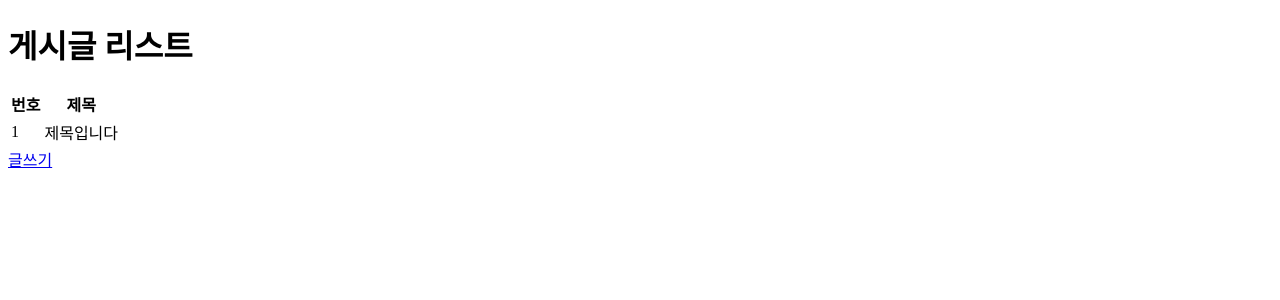
Repository: sandartchip/Board_v01
Page: Board_v01/firstjsp/WebContent/Copy of index.html
An editor plug-in stored every save of this project. The page is shown before and after the next save, followed by the edit.
The browser window is 1280 px wide. The pictures show the whole page.

Above is the page before, as saved 2019-03-18 03:27:43.

### Board_v01/firstjsp/WebContent/Copy of index.html
<!DOCTYPE html>
<html>
<head>
<meta charset="UTF-8">
<title>게 시 판 입 니 다</title>
</head>
<body>
	<h1>게시글 리스트</h1>
	<table>
		<tr>
			<th>번호</th>
			<th>제목</th>
		</tr>
		<tr>
			<td>1</td>
			<td>제목입니다</td>
		</tr>
	</table>
	<a href="write.html">글쓰기</a>
</body>
</html>

After the next save:
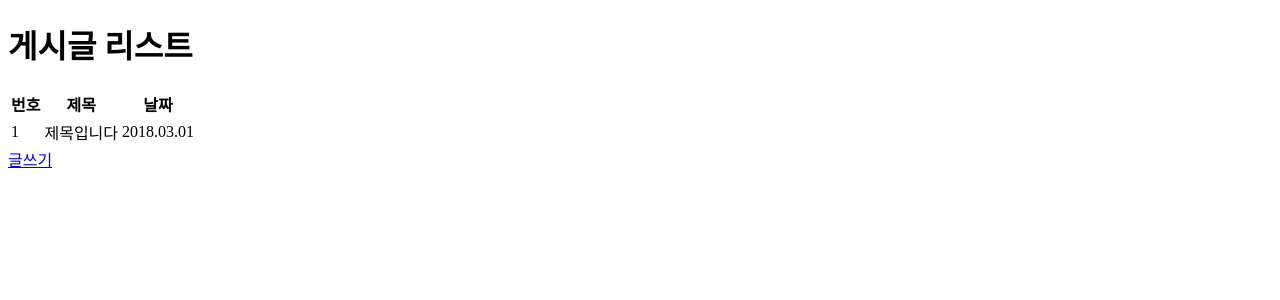
Saved 59 s later.
--- a/Board_v01/firstjsp/WebContent/Copy of index.html
+++ b/Board_v01/firstjsp/WebContent/Copy of index.html
@@ -10,10 +10,12 @@
 		<tr>
 			<th>번호</th>
 			<th>제목</th>
+			<th>날짜</th>
 		</tr>
 		<tr>
 			<td>1</td>
 			<td>제목입니다</td>
+			<td>2018.03.01</td>
 		</tr>
 	</table>
 	<a href="write.html">글쓰기</a>
